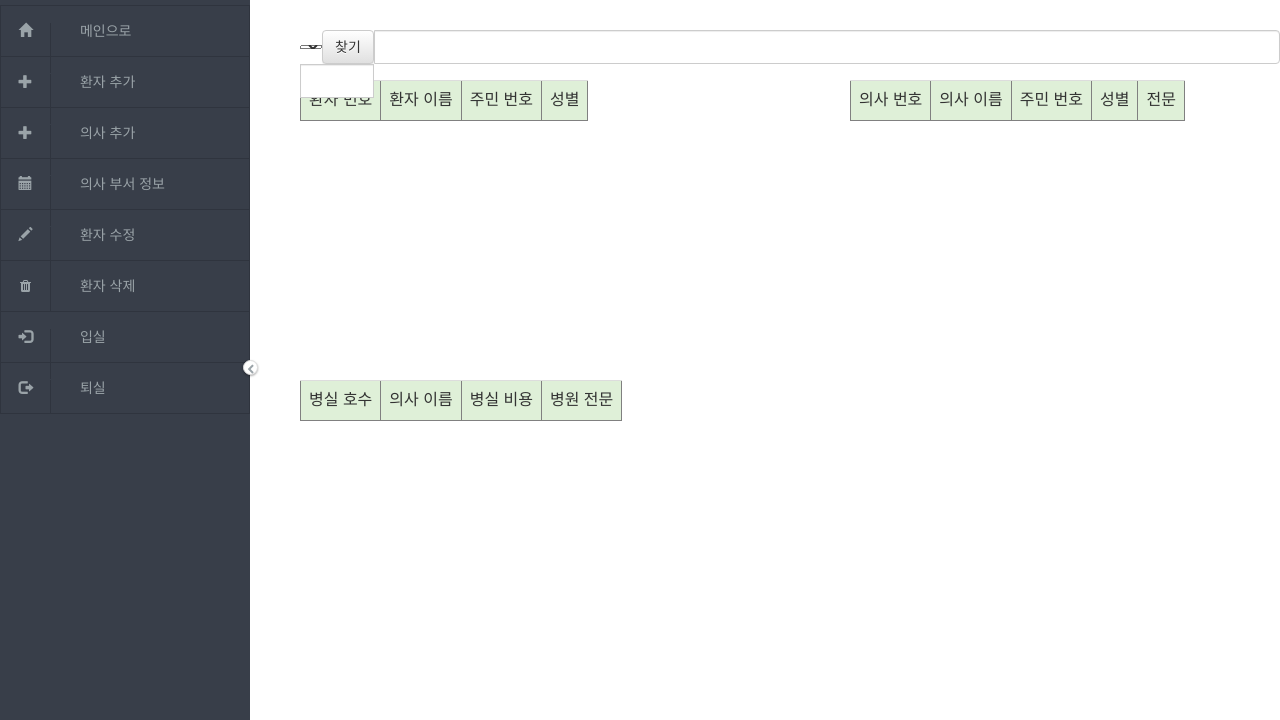
Repository: qaws1134/Hospital_manager
Page: http://localhost/project/main.jsp
An editor plug-in stored every save of this project. The page is shown before and after the next save, followed by the edit.
The browser window is 1280 px wide. The pictures show the whole page.
Some web libraries are served in a nearby version. The page is served by Tomcat 9. The template is opened directly, without the code that normally fills it, so the values that code supplies are empty.

Above is the page before, as saved 2017-12-09 16:39:58.
Console error (its wording comes from the project's code and is left out).

After the next save:
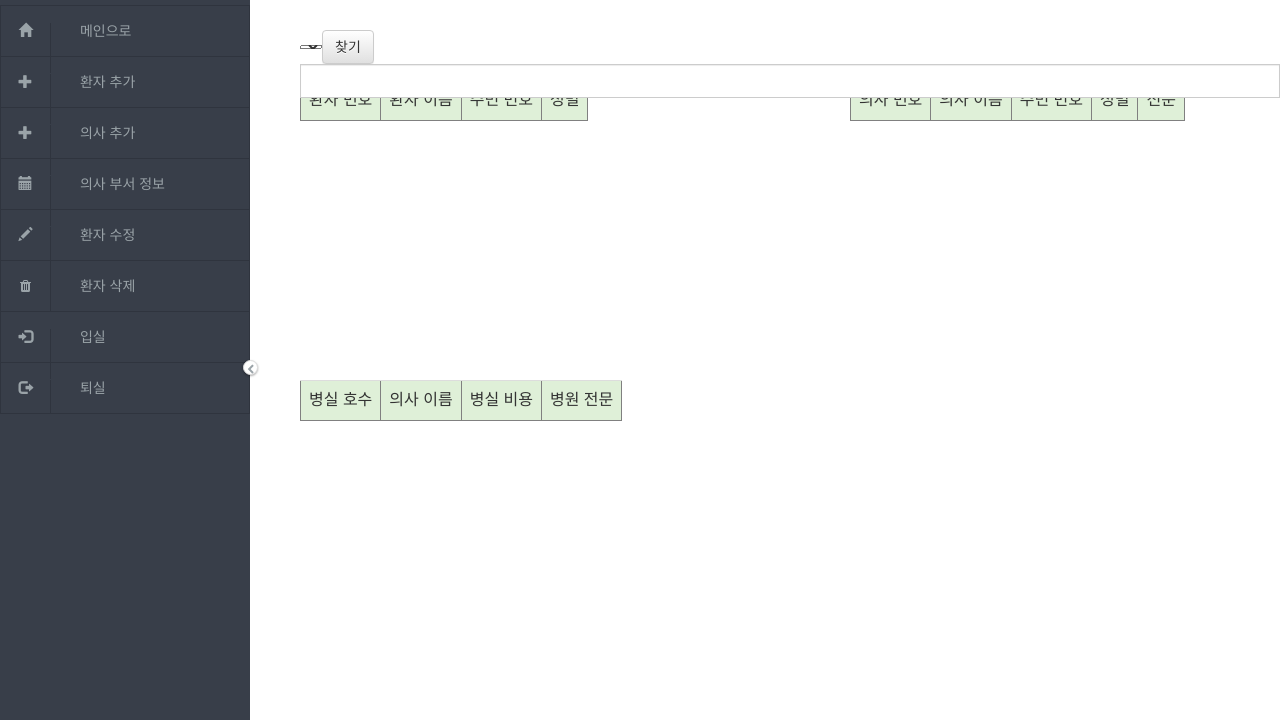
Saved 47 s later.
--- a/project/WebContent/main.jsp
+++ b/project/WebContent/main.jsp
@@ -221,7 +221,7 @@ nav ul li a span {
 	<input type="submit" class="btn btn-default" value="찾기">
 </form>
   </div>
-  <input type="text" class="form-control" aria-label="...">
+
 </div>
 </section>
 
